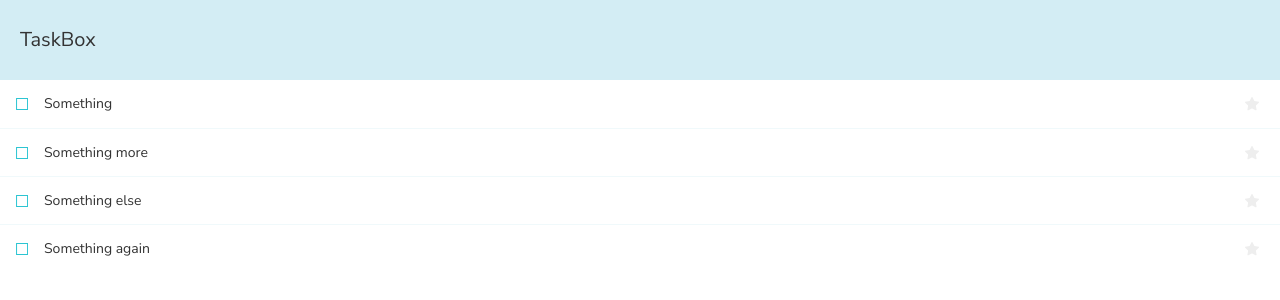
Repository: Sphinx7777/storyBook
Page: /
These files come from the project's save history. The page is drawn as it stood at one moment and after a run of saves; the edit follows.
The browser window is 1280 px wide. The pictures show the whole page.
The project was rebuilt for these pictures with package versions that can differ from the ones it lists, and the page was loaded fresh each time. Also part of the build but not shown: webpack.config.js.

Above is the page before, as saved 2020-06-26 17:27:04.

After the next 2 saves:
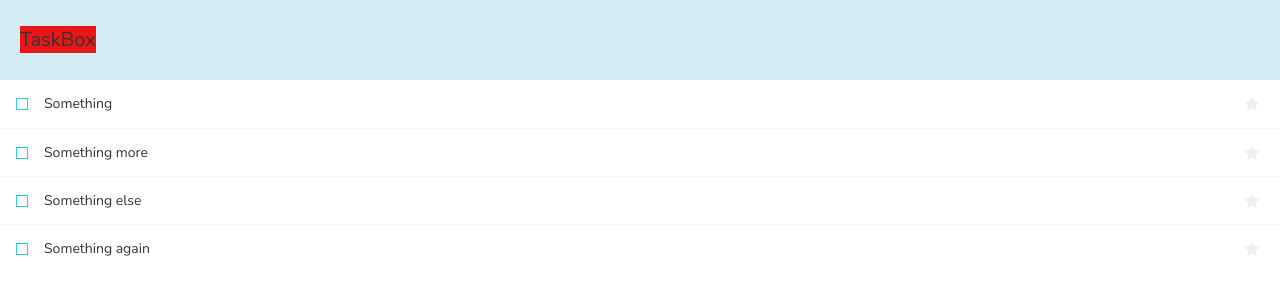
The 2 saves are shown as one change because 1 did not build or start.
The last was saved 89 s later.
--- a/src/components/InboxScreen.js
+++ b/src/components/InboxScreen.js
@@ -2,6 +2,7 @@
 import PropTypes from 'prop-types';
 import { connect } from 'react-redux';
 import TaskList from './TaskList';
+import './test.scss'
 
 export function InboxScreen({ error }) {
     if (error) {
--- a/src/components/test.scss
+++ b/src/components/test.scss
@@ -1,3 +1,3 @@
 .redBg {
-    background-color: rgba(rgba255, 0, 0, 0.582);
+    background-color: rgba($color: #e91717, $alpha: 1.0);
 }

After the 2 saves that followed:
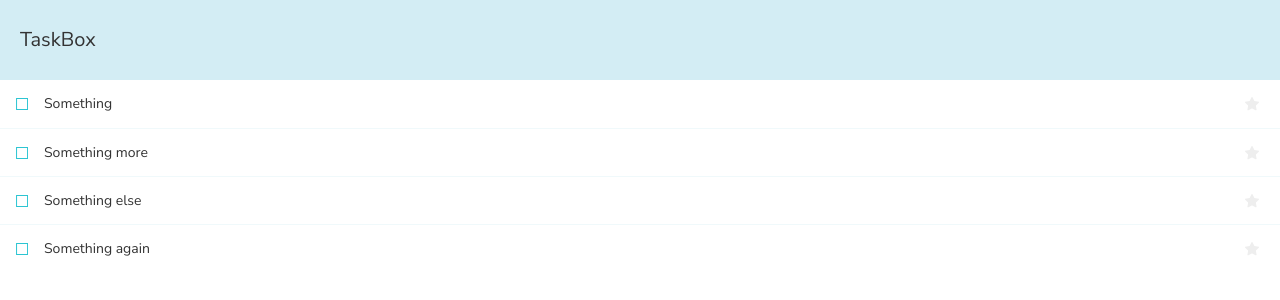
The 2 saves are shown as one change because 1 left the picture as it was.
The last was saved 2 min 27 s later.
--- a/src/components/InboxScreen.js
+++ b/src/components/InboxScreen.js
@@ -2,7 +2,7 @@
 import PropTypes from 'prop-types';
 import { connect } from 'react-redux';
 import TaskList from './TaskList';
-import './test.scss'
+
 
 export function InboxScreen({ error }) {
     if (error) {
--- a/src/components/TaskList.js
+++ b/src/components/TaskList.js
@@ -38,7 +38,7 @@ export function PureTaskList({ loading, tasks, onPinTask, onArchiveTask }) {
                 <div className="wrapper-message">
                     <span className="icon-check" />
                     <div className="title-message redBg">You have no tasks</div>
-                    <div className="subtitle-message redBg">Sit back and relax</div>
+                    <div className="subtitle-message">Sit back and relax</div>
                 </div>
             </div>
         );
